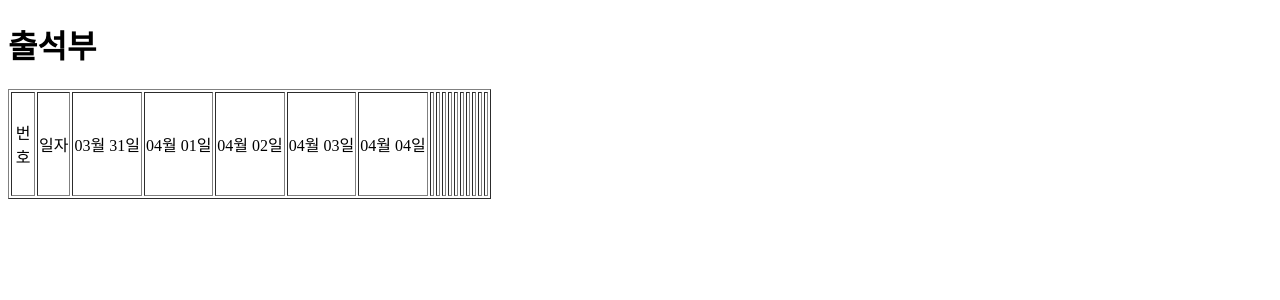
Repository: hb6700/client
Page: ClientTest/src/main/webapp/html/question/11_table.html
The author's editor kept a copy of each file at every save. The page is drawn from the files as they stood at one save, then again after the next save.
The browser window is 1280 px wide. The pictures show the whole page.

Above is the page before, as saved 2023-09-21 02:34:35.

### ClientTest/src/main/webapp/html/question/11_table.html
<!DOCTYPE html>
<html>
	<head>
		<meta charset="UTF-8">
		<title>11_table</title>
	</head>
	<body>
		<h1>출석부</h1>
		<table border="1">
			<tr>
				<td rowspan="4" width="20" height="100" align="center">번호</td>
				<td>일자</td>
				<td>03월 31일</td>
				<td>04월 01일</td>
				<td>04월 02일</td>
				<td>04월 03일</td>
				<td>04월 04일</td>
				<td></td>
				<td></td>
				<td></td>
				<td></td>
				<td></td>
				<td></td>
				<td></td>
				<td></td>
				<td></td>
				<td></td>
			</tr>
		</table>
	</body>
</html>

After the next save:
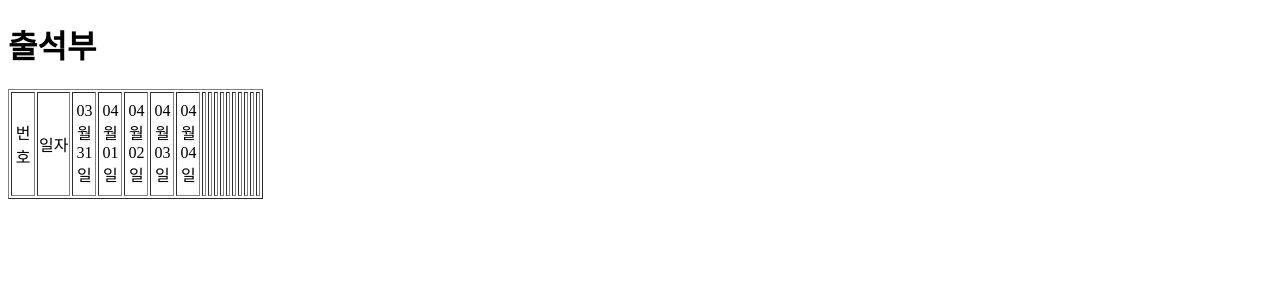
Saved 63 s later.
--- a/ClientTest/src/main/webapp/html/question/11_table.html
+++ b/ClientTest/src/main/webapp/html/question/11_table.html
@@ -8,13 +8,13 @@
 		<h1>출석부</h1>
 		<table border="1">
 			<tr>
-				<td rowspan="4" width="20" height="100" align="center">번호</td>
+				<td width="20" height="100" align="center" rowspan="4">번호</td>
 				<td>일자</td>
-				<td>03월 31일</td>
-				<td>04월 01일</td>
-				<td>04월 02일</td>
-				<td>04월 03일</td>
-				<td>04월 04일</td>
+				<td width="20" height="100" align="center" colspan="2">03월 31일</td>
+				<td width="20" height="100" align="center" colspan="2">04월 01일</td>
+				<td width="20" height="100" align="center" colspan="2">04월 02일</td>
+				<td width="20" height="100" align="center" colspan="2">04월 03일</td>
+				<td width="20" height="100" align="center" colspan="2">04월 04일</td>
 				<td></td>
 				<td></td>
 				<td></td>
